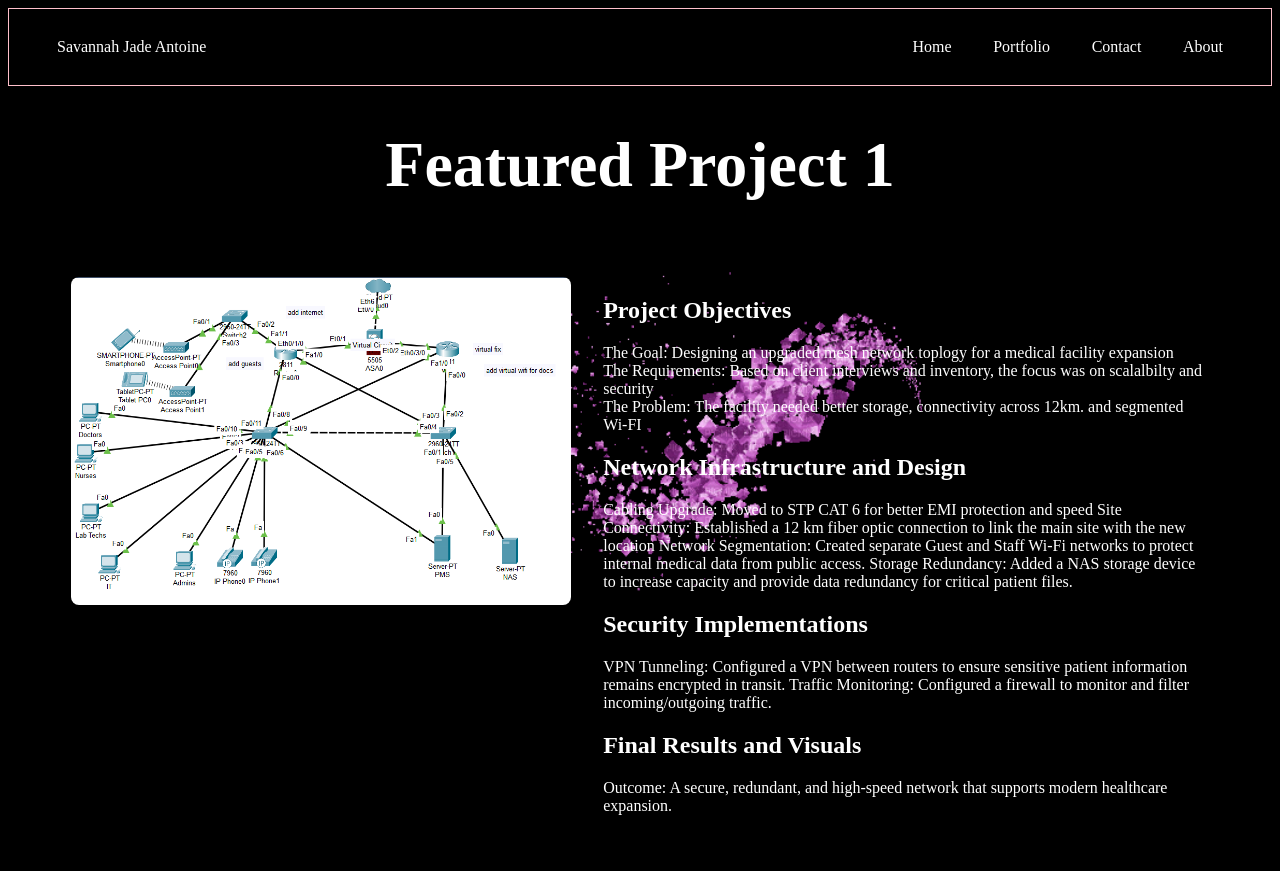
Repository: Savannah-Antoine/Savannah-Antoine
Page: pages/project-name-1.html
These files come from the project's save history. The page is drawn as it stood at one moment and after the next save; the edit follows.
The browser window is 1280 px wide. The pictures show the whole page.

Above is the page before, as saved 2026-05-15 15:49:10.

After the next save:
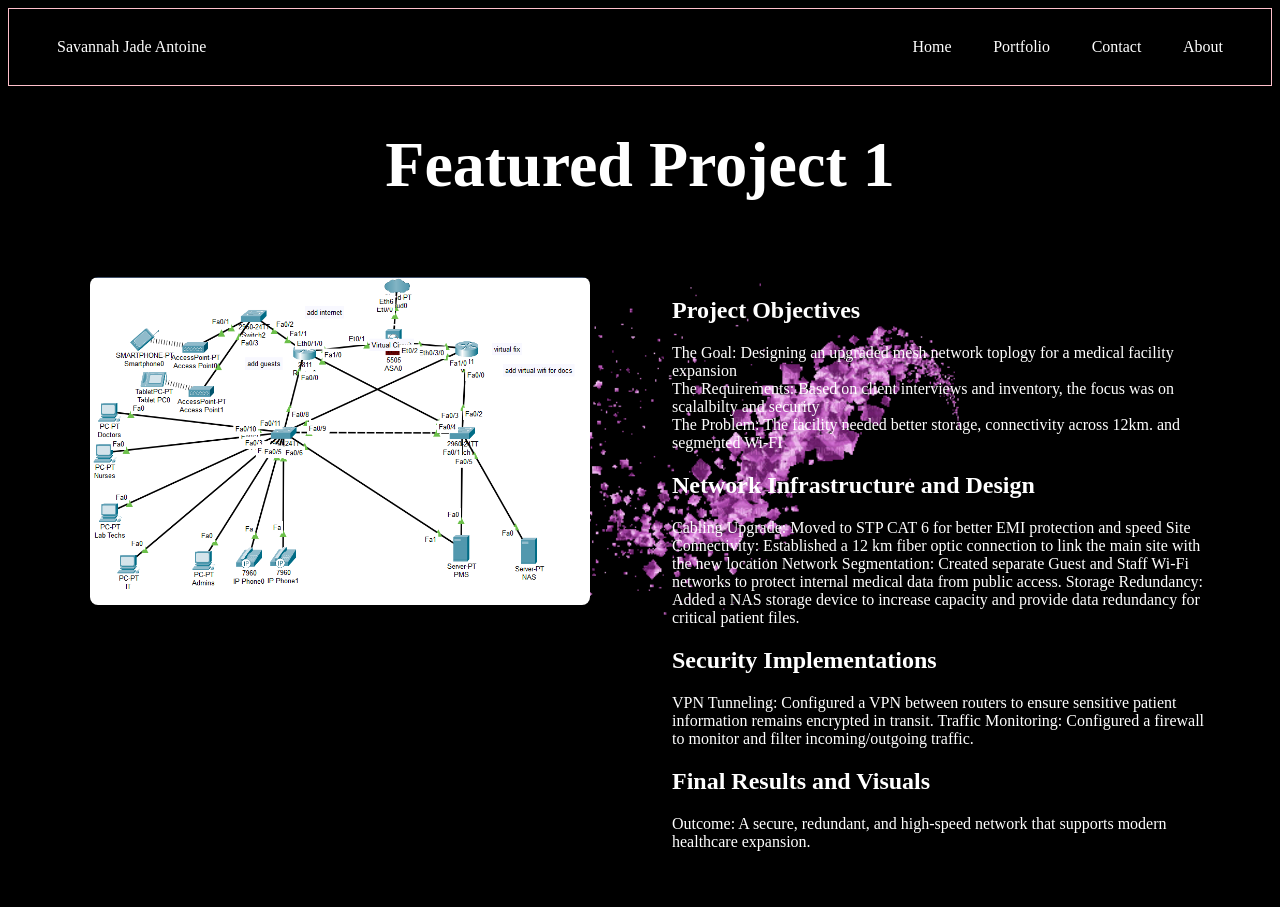
Saved 2 min 45 s later.
--- a/styles/page.css
+++ b/styles/page.css
@@ -18,10 +18,12 @@ img {
     display: flex;
     flex-direction: column;
     align-items: center;
-    gap: 2rem;
+    gap: 4rem;
     padding: 2rem 5%;
 }
-
+.project-visuals, .project-details {
+        flex: 1;                /* Ensures both sides take up equal width */
+    }
 
 @media screen and (min-width: 768px) {
 
